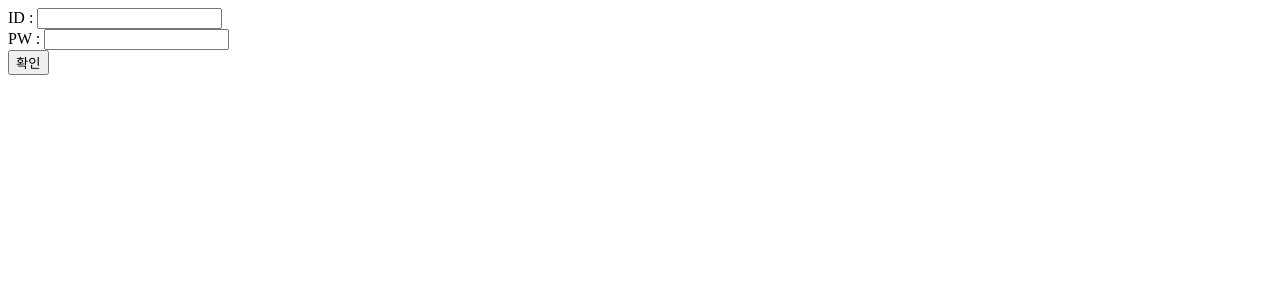
Repository: lee-ruru/jsp_practice
Page: http://localhost/JSPBasic/JspObject/1.requests/req_login_form.jsp
These files come from the project's save history. The page is drawn as it stood at one moment and after the next save; the edit follows.
The browser window is 1280 px wide. The pictures show the whole page.
The page is served by Tomcat 9.

Above is the page before, as saved 2022-02-04 01:27:06.

After the next save:
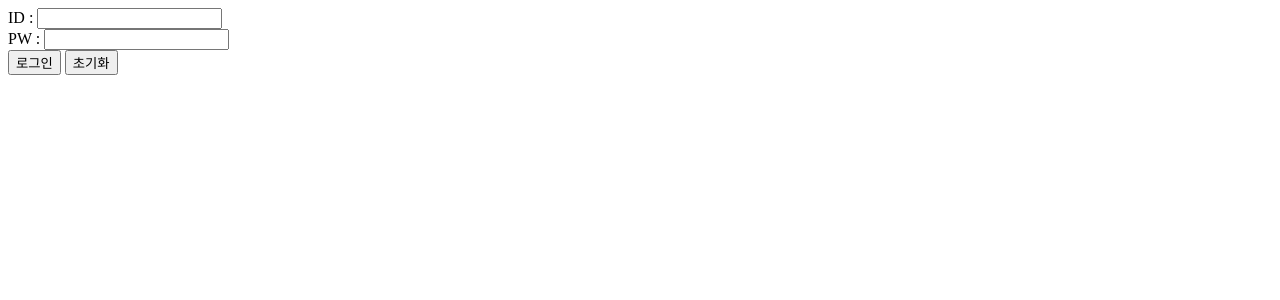
Saved 5 min 27 s later.
--- a/JSPBasic/src/main/webapp/JspObject/1.requests/req_login_form.jsp
+++ b/JSPBasic/src/main/webapp/JspObject/1.requests/req_login_form.jsp
@@ -10,7 +10,8 @@
 	<form action="req_login_result.jsp" method="get">
 		ID : <input type="text" name="id"/><br/>
 		PW : <input type="password" name="password"/><br/>
-		<input type="submit" value="확인"/>
+		<input type="submit" value="로그인"/>
+		<input type="reset" value="초기화"/>
 	</form>
 </body>
 </html>
